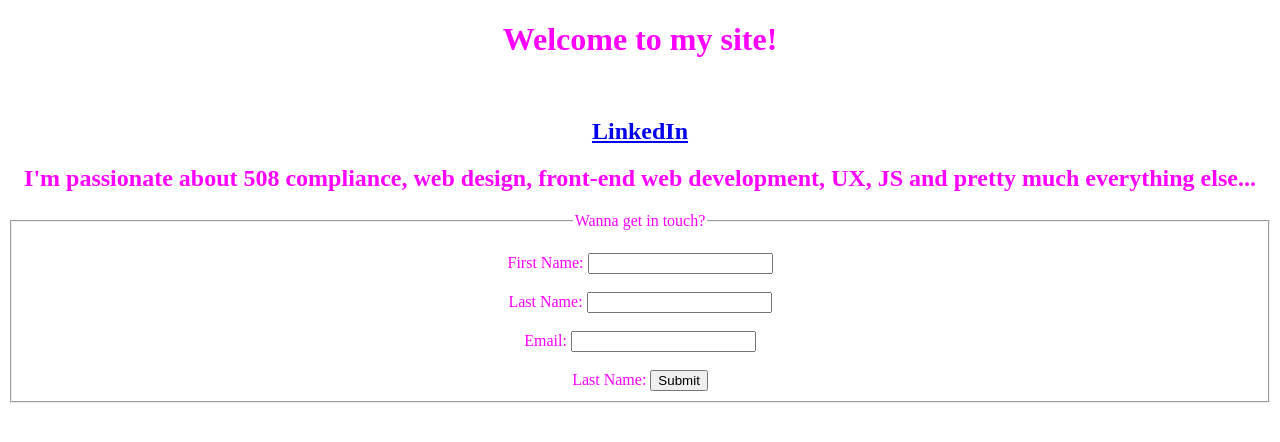
Repository: jasvr/jasvr.io
Page: index.html
The author's editor kept a copy of each file at every save. The page is drawn from the files as they stood at one save, then again after the next save.
The browser window is 1280 px wide. The pictures show the whole page.

Above is the page before, as saved 2020-01-10 14:40:34.

### index.html
<!DOCTYPE html>
<html lang="en">
<head>
    <meta charset="UTF-8">
    <meta name="viewport" content="width=device-width, initial-scale=1.0">
    <meta http-equiv="X-UA-Compatible" content="ie=edge">
    <title>Jasmin Vargas</title>
    <link href="style.css" type="text/css" rel="stylesheet">
</head>
<body>
    <h1>Welcome to my site!</h1>
    <br>
    <h2><a href="https://www.linkedin.com/in/jasvrgs/">LinkedIn</a></h2>
    <h2>I'm passionate about 508 compliance, web design, front-end web development, UX, JS and pretty much everything else...</h2>

    <fieldset>
        <legend>Wanna get in touch?</legend>
        <div>
            <br>
            <label for ="firstname">First Name: </label>
            <input type="text" name="firstname"/>
        </div>
        <div>
            <br>
            <label for ="lastname">Last Name: </label>
            <input type="text" name="lastname"/>
        </div>
        <div>
            <br>
            <label for ="email">Email: </label>
            <input type="text" name="email"/>

        </div>
        <div>
            <br>
            <label for ="">Last Name: </label>
            <input type="submit" value="Submit">
        </div>
    </fieldset>
</body>
</html>

### style.css
body{
    color:magenta;
    text-align:center;
    }

    *:focus{
        outline: 0;
        box-shadow: 0 0 10px #eb0486;
        border-color: #eb0486;
    }

    a:focus{
        color: #eb0486;
        font-weight: bold;
    }

    .button:focus{
        background-color: #eb0486;

    }

After the next save:
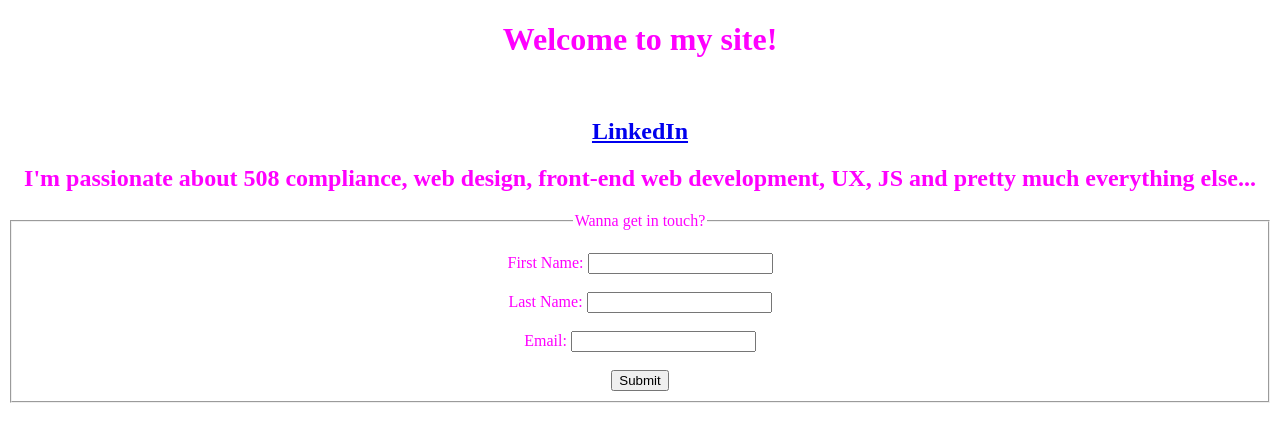
Saved 6 s later.
--- a/index.html
+++ b/index.html
@@ -33,7 +33,6 @@
         </div>
         <div>
             <br>
-            <label for ="">Last Name: </label>
             <input type="submit" value="Submit">
         </div>
     </fieldset>
